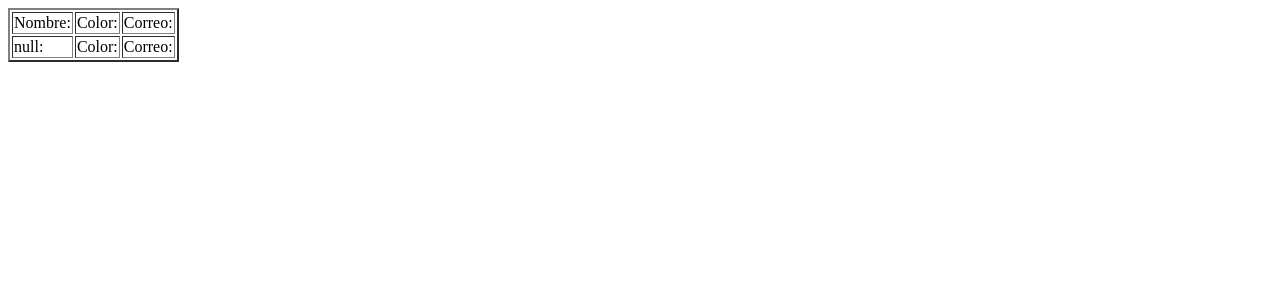
Repository: weertop/2DAW
Page: http://localhost/Formularios/destinoControlText.jsp
An editor plug-in stored every save of this project. The page is shown before and after the next save, followed by the edit.
The browser window is 1280 px wide. The pictures show the whole page.
The page is served by Tomcat 9. Other server files are loaded and not shown.

Above is the page before, as saved 2019-10-01 07:01:13.

### DWServidor/eclipse-workspace-photom/Formularios/WebContent/destinoControlText.jsp
<%@ page language="java" contentType="text/html; charset=UTF-8"
    pageEncoding="UTF-8"%>
<!DOCTYPE html>
<html>
<head>
<meta charset="UTF-8">
<title>Insert title here</title>
</head>
<body>
	<%
		String nombre = request.getParameter("nombre"); //debe coincidir con el atributo name en el form
		String color = request.getParameter("color");
		String correo = request.getParameter("correo");
	%>
	<table border="2">
		<tr>
			<td>Nombre:</td>
			<td>Color:</td>
			<td>Correo:</td>
		</tr>
		<tr>
			<td><%=nombre %>:</td>
			<td>Color:</td>
			<td>Correo:</td>
		</tr>


	</table>
</body>
</html>

After the next save:
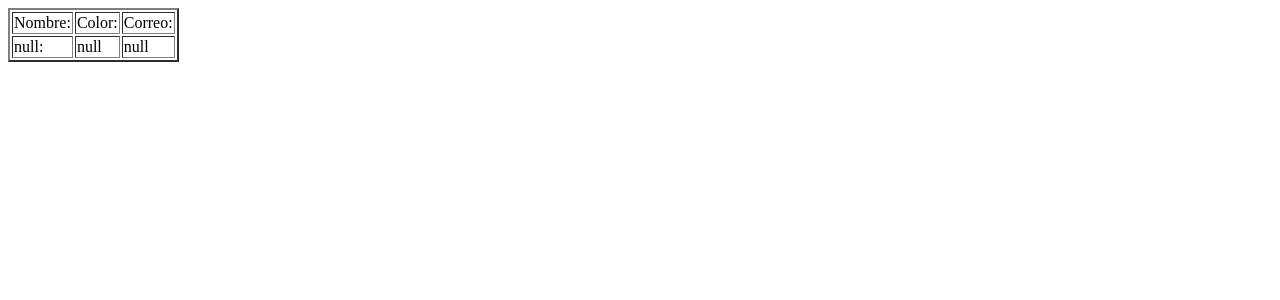
Saved 18 s later.
--- a/DWServidor/eclipse-workspace-photom/Formularios/WebContent/destinoControlText.jsp
+++ b/DWServidor/eclipse-workspace-photom/Formularios/WebContent/destinoControlText.jsp
@@ -20,8 +20,8 @@
 		</tr>
 		<tr>
 			<td><%=nombre %>:</td>
-			<td>Color:</td>
-			<td>Correo:</td>
+			<td><%=color %></td>
+			<td><%=correo %></td>
 		</tr>
 
 
